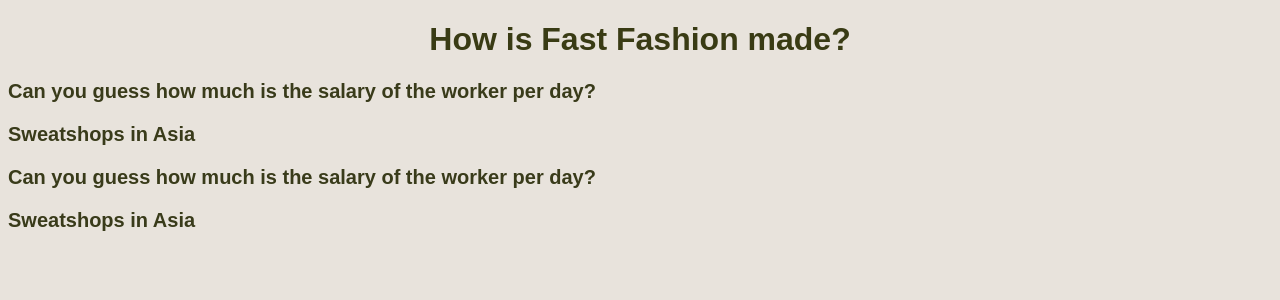
Repository: DevOfHockey/mdia-2190-midterm
Page: fashionlabor.html
An editor plug-in stored every save of this project. The page is shown before and after the next save, followed by the edit.
The browser window is 1280 px wide. The pictures show the whole page.

Above is the page before, as saved 2022-03-01 12:51:02.

### fashionlabor.html
<!DOCTYPE html>
<html>
  <head>
    <title>Fashion Labor</title>
    <script src="comps/header.js"></script>
    <script src="comps/subheading.js"></script>
    <script src="comps/infobox.js"></script>
  </head>
  <!-- CSS STYLESHEET -->
  <style>
    body {
        background-color: #e8e3dc;
        text-align: center;
        font-family: Arial, Helvetica, sans-serif;
    }
</style>

<!-- HTML -->
  <body>
    <the-header
      name="Sample Header">
    </the-header>
    <the-subheading
      name="Sample Sub-heading">
    </the-subheading>
    <the-info
      name="Sample Info">
    </the-info>
    <the-info
    name="Sample Info">
  </the-info>
  </body>
</html>

### comps/header.js
var template_header = document.createElement("template"); //<template> </template> RULE

//To-do - CREATE THE UI HERE!
template_header.innerHTML = `
<div class = "header">
<h1> How is Fast Fashion made? </h1>
</div>
<style>
h1 {
    color: #393b14;
}
</style>
`;

//MUST HAVE - CREATE A CLASS WITH HTMLELEMENT POWERS (interfaces/functionalities)
class TheHeader extends HTMLElement {

    //MUST HAVE - CREATE A CONSTRUCTOR TO DO INITAL ASSOCIATIONS
    constructor(){
        super(); //pass on the HTMLElement super powers!
        this.attachShadow({mode:"open"}) //Attach it to the shadowRoot

        //To-do - CREATE THE STATES FOR THE UI HERE!
    }

    //MUST HAVE - FUNCTION THAT RUNS AFTER IT'S CONNECTED
    connectedCallback(){
        this.shadowRoot.appendChild(template_header.content.cloneNode(true)); //use the template to make a clone
    }

    //To-do - CREATE THE FUNCTIONALITIES HERE!
}

//MUST HAVE - define the tag for the custom elements
customElements.define("the-header", TheHeader)

### comps/infobox.js
//MUST HAVE - CREATE A TEMPLATE TAG
var template_info = document.createElement("template"); //<template> </template> RULE

//To-do - CREATE THE UI HERE!
template_info.innerHTML = `
<div class = "info">
<p> Can you guess how much is the salary of the worker per day? </p>
<p> Sweatshops in Asia </p>
</div>

<style>
p {
    font-size: 20px;
    font-weight: bold;
    color: #393B1A;
    text-align: left;
}
`;

//MUST HAVE - CREATE A CLASS WITH HTMLELEMENT POWERS (interfaces/functionalities)
class TheInfo extends HTMLElement {

    //MUST HAVE - CREATE A CONSTRUCTOR TO DO INITAL ASSOCIATIONS
    constructor(){
        super(); //pass on the HTMLElement super powers!
        this.attachShadow({mode:"open"}) //Attach it to the shadowRoot

        //To-do - CREATE THE STATES FOR THE UI HERE!
    }

    //MUST HAVE - FUNCTION THAT RUNS AFTER IT'S CONNECTED
    connectedCallback(){
        this.shadowRoot.appendChild(template_info.content.cloneNode(true)); //use the template to make a clone
    }

    //To-do - CREATE THE FUNCTIONALITIES HERE!
}

//MUST HAVE - define the tag for the custom elements
customElements.define("the-info", TheInfo)

Loaded but not shown: comps/subheading.js (no copy from this time; the picture is the same without it)

After the next save:
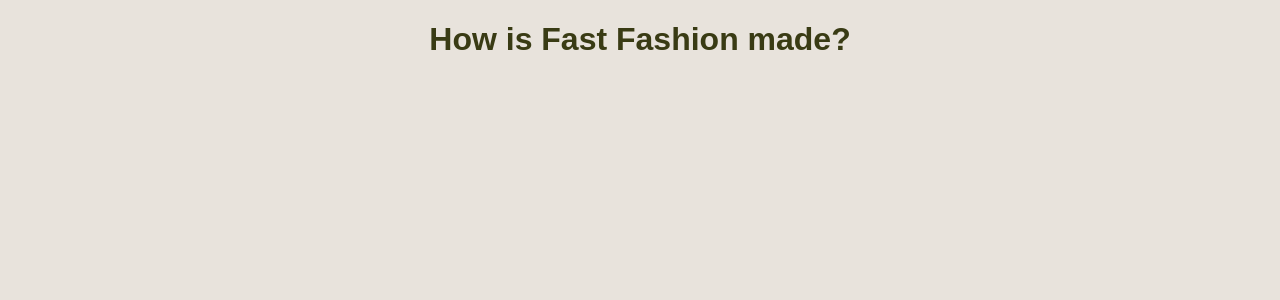
Saved 2 min 48 s later.
--- a/comps/infobox.js
+++ b/comps/infobox.js
@@ -4,8 +4,6 @@ var template_info = document.createElement("template"); //<template> </template>
 //To-do - CREATE THE UI HERE!
 template_info.innerHTML = `
 <div class = "info">
-<p> Can you guess how much is the salary of the worker per day? </p>
-<p> Sweatshops in Asia </p>
 </div>
 
 <style>
